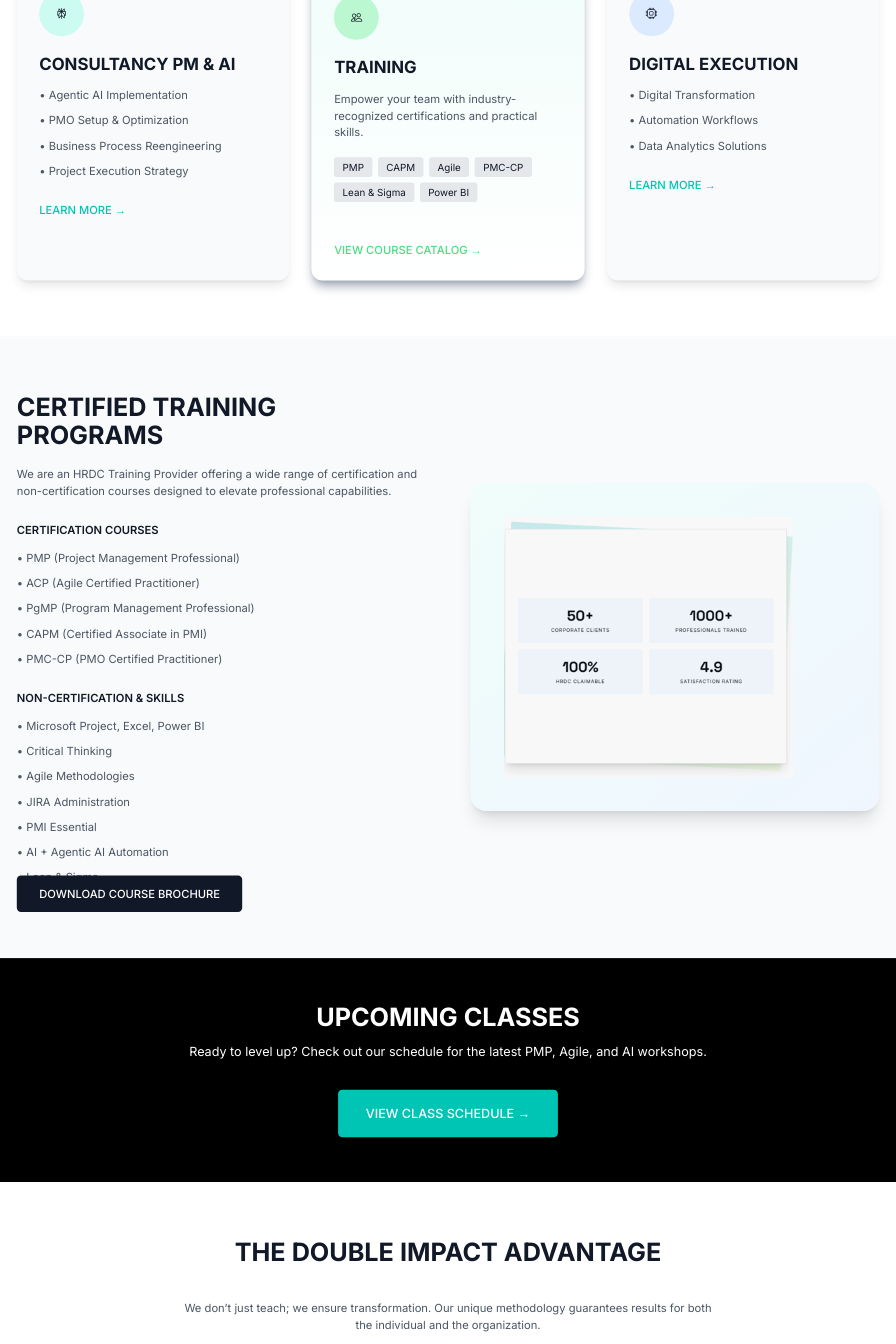
Repository: hsuntariq/web-pages
Page: impact/index.html
These files come from the project's save history. The page is drawn as it stood at one moment and after the next save; the edit follows.
The browser window is 1280 px wide. The pictures show the part of the page from y = 884 to 2804 px (the page is 4097 px tall), at 70% of full size.
Some web libraries are served in a nearby version.

Above is the page before, as saved 2025-12-28 20:32:48.

After the next save:
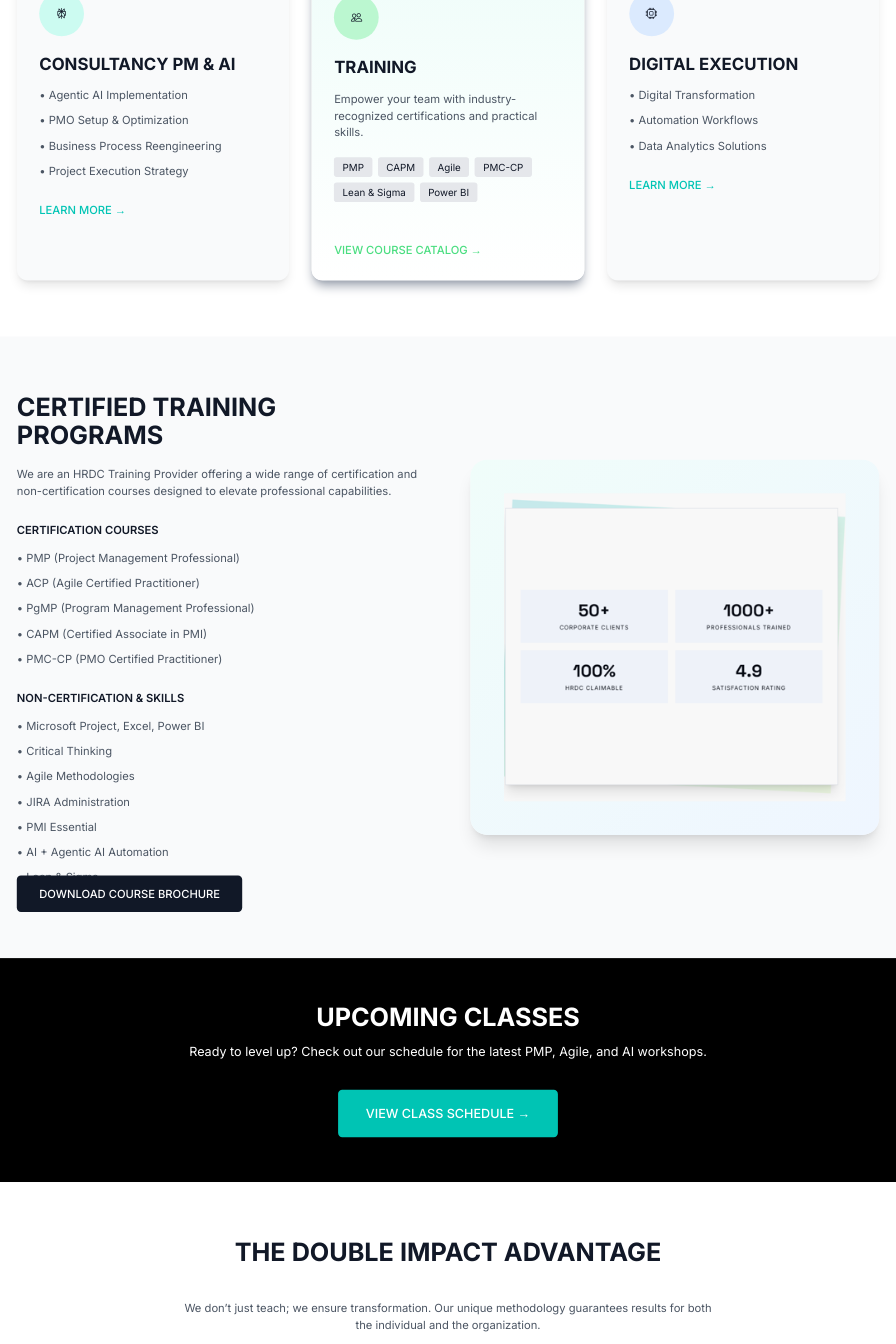
Saved 10 s later.
--- a/impact/index.html
+++ b/impact/index.html
@@ -252,7 +252,7 @@
         <div
           class="bg-gradient-to-br from-teal-50 to-blue-50 rounded-3xl p-12 shadow-xl"
         >
-          <img src="./programs.PNG" alt="" />
+          <img src="./programs.PNG" class="w-full" alt="" />
         </div>
       </div>
     </section>
